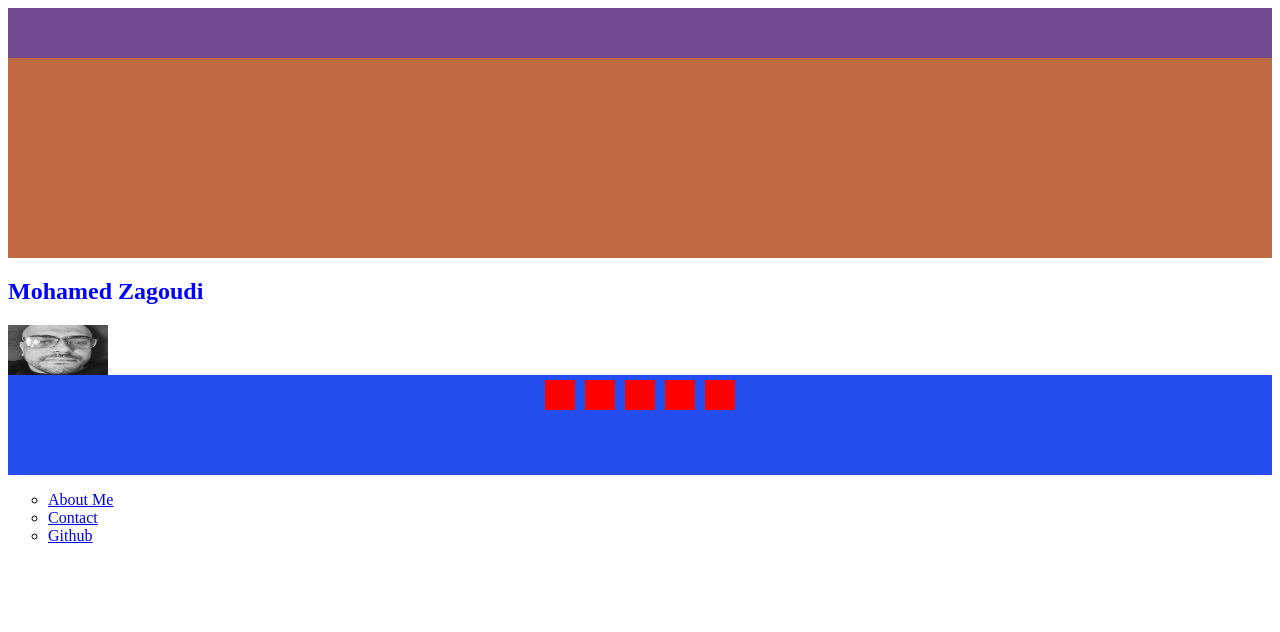
Repository: Mohzagou/Eersteportofolio
Page: index.html
These files come from the project's save history. The page is drawn as it stood at one moment and after the next save; the edit follows.
The browser window is 1280 px wide. The pictures show the whole page.

Above is the page before, as saved 2022-06-07 20:05:47.

After the next save:
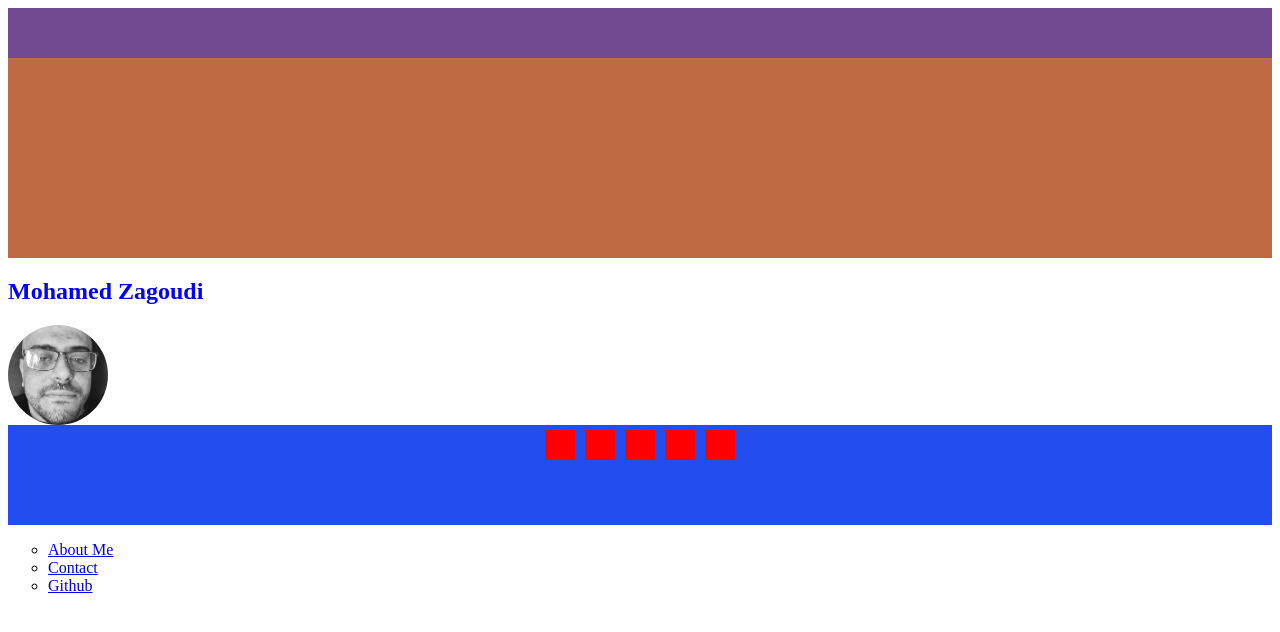
Saved 24 s later.
--- a/styles.css
+++ b/styles.css
@@ -28,7 +28,7 @@ section {
 
 .avatar {
     width: 100px;
-    height: 50px;
+    border-radius: 50px;
 }
 
 #name {
